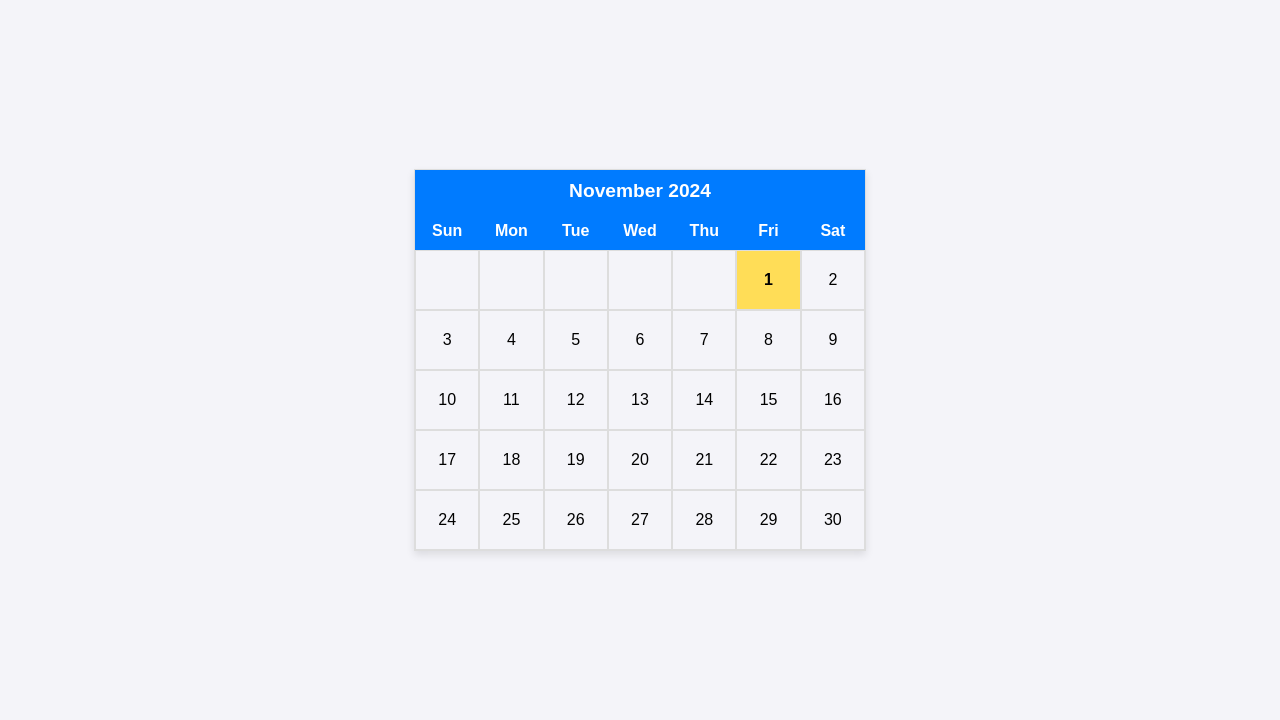
Repository: carrascokarencb37-afk/Nuura
Page: html/calendario.html
These files come from the project's save history. The page is drawn as it stood at one moment and after the next save; the edit follows.
The browser window is 1280 px wide. The pictures show the whole page.

Above is the page before, as saved 2026-05-28 23:17:13.

### html/calendario.html
<!DOCTYPE html>
<html lang="en">
<head>
    <meta charset="UTF-8">
    <meta name="viewport" content="width=device-width, initial-scale=1.0">
    <title>Simple HTML Calendar - November 2024</title>
    <style>
        /* Basic page styling */
        body {
            font-family: Arial, sans-serif;
            display: flex;
            justify-content: center;
            align-items: center;
            min-height: 100vh;
            background-color: #f4f4f9;
            margin: 0;
        }

        /* Calendar container */
        .calendar {
            width: 450px;
            border: 1px solid #ddd;
            box-shadow: 0 4px 8px rgba(0, 0, 0, 0.1);
        }

        /* Calendar header styling */
        .calendar-header {
            text-align: center;
            background-color: #007bff;
            color: white;
            padding: 10px;
            font-size: 1.2em;
            font-weight: bold;
        }

        /* Days of the week styling */
        .calendar-days {
            display: grid;
            grid-template-columns: repeat(7, 1fr);
            background-color: #007bff;
            color: white;
        }

        .calendar-days div {
            padding: 10px;
            text-align: center;
            font-weight: bold;
        }

        /* Date cells styling */
        .calendar-dates {
            display: grid;
            grid-template-columns: repeat(7, 1fr);
        }

        .calendar-dates div {
            padding: 20px;
            text-align: center;
            border: 1px solid #ddd;
        }

        /* Highlight today */
        .today {
            background-color: #ffdd57;
            font-weight: bold;
        }
    </style>
</head>
<body>
    <!-- Calendar Container -->
    <div class="calendar">
        <!-- Month and Year Header -->
        <div class="calendar-header">November 2024</div>

        <!-- Days of the Week -->
        <div class="calendar-days">
            <div>Sun</div>
            <div>Mon</div>
            <div>Tue</div>
            <div>Wed</div>
            <div>Thu</div>
            <div>Fri</div>
            <div>Sat</div>
        </div>

        <!-- Calendar Dates -->
        <div class="calendar-dates">
            <!-- Blank spaces for days before the month starts on Friday -->
            <div></div> <div></div> <div></div> <div></div> <div></div> <div class="today">1</div> <div>2</div> <div>3</div> <div>4</div> <div>5</div> <div>6</div> <div>7</div> <div>8</div> <div>9</div> <div>10</div> <div>11</div> <div>12</div> <div>13</div> <div>14</div> <div>15</div> <div>16</div> <div>17</div> <div>18</div> <div>19</div><div>20</div> <div>21</div> <div>22</div> <div>23</div> <div>24</div> <div>25</div> <div>26</div><div>27</div> <div>28</div> <div>29</div> <div>30</div>
</body>
</html>

### css/cale.css


After the next save:
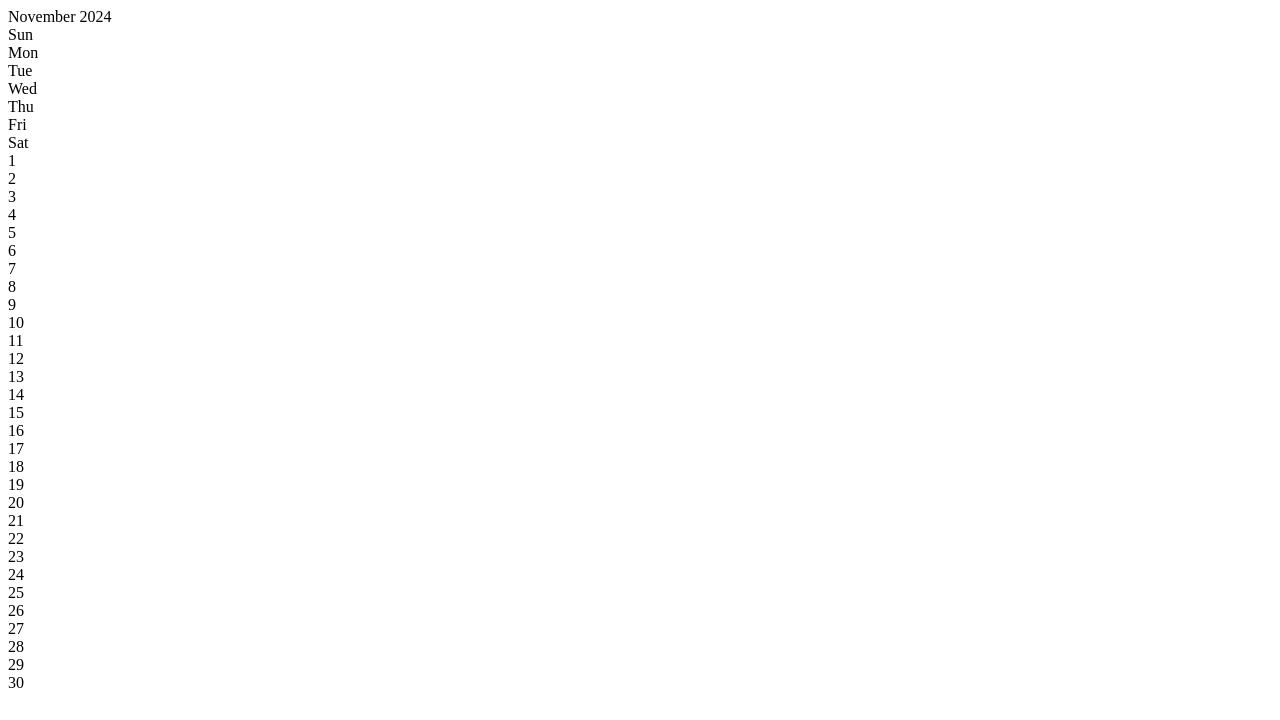
Saved 76 s later.
--- a/html/calendario.html
+++ b/html/calendario.html
@@ -4,67 +4,6 @@
     <meta charset="UTF-8">
     <meta name="viewport" content="width=device-width, initial-scale=1.0">
     <title>Simple HTML Calendar - November 2024</title>
-    <style>
-        /* Basic page styling */
-        body {
-            font-family: Arial, sans-serif;
-            display: flex;
-            justify-content: center;
-            align-items: center;
-            min-height: 100vh;
-            background-color: #f4f4f9;
-            margin: 0;
-        }
-
-        /* Calendar container */
-        .calendar {
-            width: 450px;
-            border: 1px solid #ddd;
-            box-shadow: 0 4px 8px rgba(0, 0, 0, 0.1);
-        }
-
-        /* Calendar header styling */
-        .calendar-header {
-            text-align: center;
-            background-color: #007bff;
-            color: white;
-            padding: 10px;
-            font-size: 1.2em;
-            font-weight: bold;
-        }
-
-        /* Days of the week styling */
-        .calendar-days {
-            display: grid;
-            grid-template-columns: repeat(7, 1fr);
-            background-color: #007bff;
-            color: white;
-        }
-
-        .calendar-days div {
-            padding: 10px;
-            text-align: center;
-            font-weight: bold;
-        }
-
-        /* Date cells styling */
-        .calendar-dates {
-            display: grid;
-            grid-template-columns: repeat(7, 1fr);
-        }
-
-        .calendar-dates div {
-            padding: 20px;
-            text-align: center;
-            border: 1px solid #ddd;
-        }
-
-        /* Highlight today */
-        .today {
-            background-color: #ffdd57;
-            font-weight: bold;
-        }
-    </style>
 </head>
 <body>
     <!-- Calendar Container -->

After the 4 saves that followed:
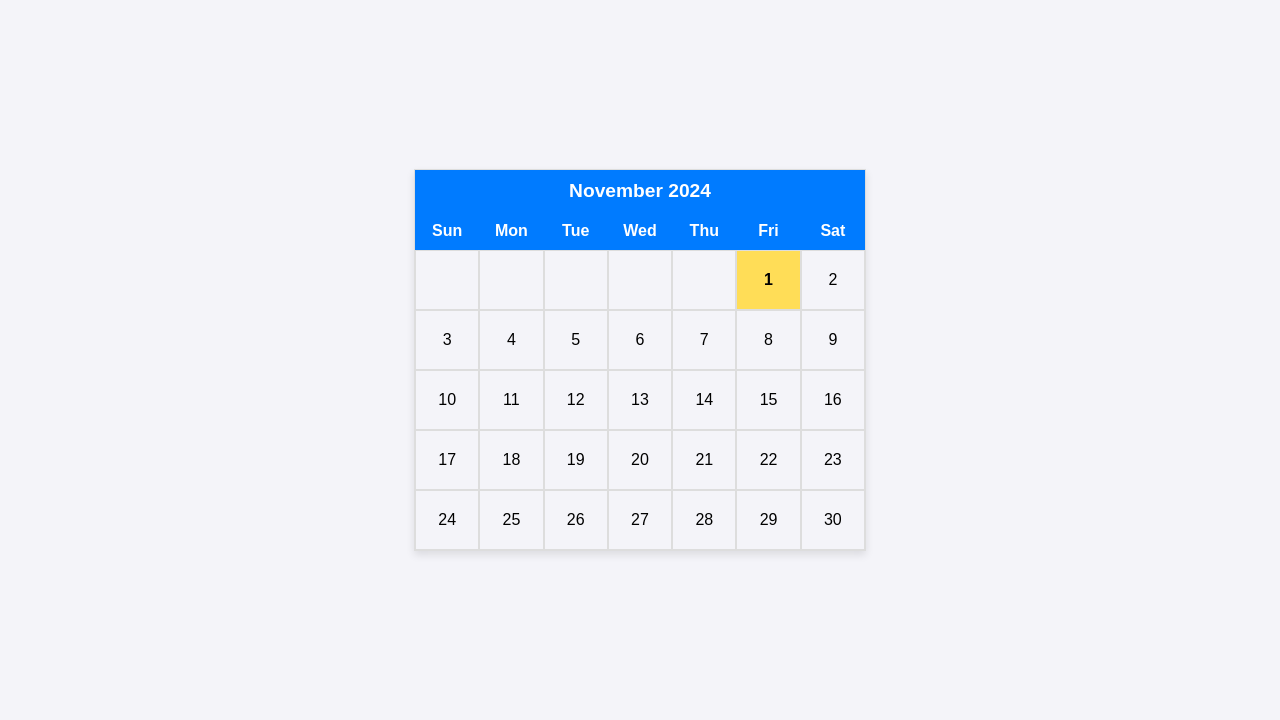
The 4 saves are shown as one change because 3 left the picture as it was.
The last was saved 27 s later.
--- a/html/calendario.html
+++ b/html/calendario.html
@@ -4,6 +4,7 @@
     <meta charset="UTF-8">
     <meta name="viewport" content="width=device-width, initial-scale=1.0">
     <title>Simple HTML Calendar - November 2024</title>
+    <link rel="stylesheet" href="../css/cale.css">
 </head>
 <body>
     <!-- Calendar Container -->
--- a/css/cale.css
+++ b/css/cale.css
@@ -0,0 +1,60 @@
+
+        /* Basic page styling */
+        body {
+            font-family: Arial, sans-serif;
+            display: flex;
+            justify-content: center;
+            align-items: center;
+            min-height: 100vh;
+            background-color: #f4f4f9;
+            margin: 0;
+        }
+
+        /* Calendar container */
+        .calendar {
+            width: 450px;
+            border: 1px solid #ddd;
+            box-shadow: 0 4px 8px rgba(0, 0, 0, 0.1);
+        }
+
+        /* Calendar header styling */
+        .calendar-header {
+            text-align: center;
+            background-color: #007bff;
+            color: white;
+            padding: 10px;
+            font-size: 1.2em;
+            font-weight: bold;
+        }
+
+        /* Days of the week styling */
+        .calendar-days {
+            display: grid;
+            grid-template-columns: repeat(7, 1fr);
+            background-color: #007bff;
+            color: white;
+        }
+
+        .calendar-days div {
+            padding: 10px;
+            text-align: center;
+            font-weight: bold;
+        }
+
+        /* Date cells styling */
+        .calendar-dates {
+            display: grid;
+            grid-template-columns: repeat(7, 1fr);
+        }
+
+        .calendar-dates div {
+            padding: 20px;
+            text-align: center;
+            border: 1px solid #ddd;
+        }
+
+        /* Highlight today */
+        .today {
+            background-color: #ffdd57;
+            font-weight: bold;
+        }
